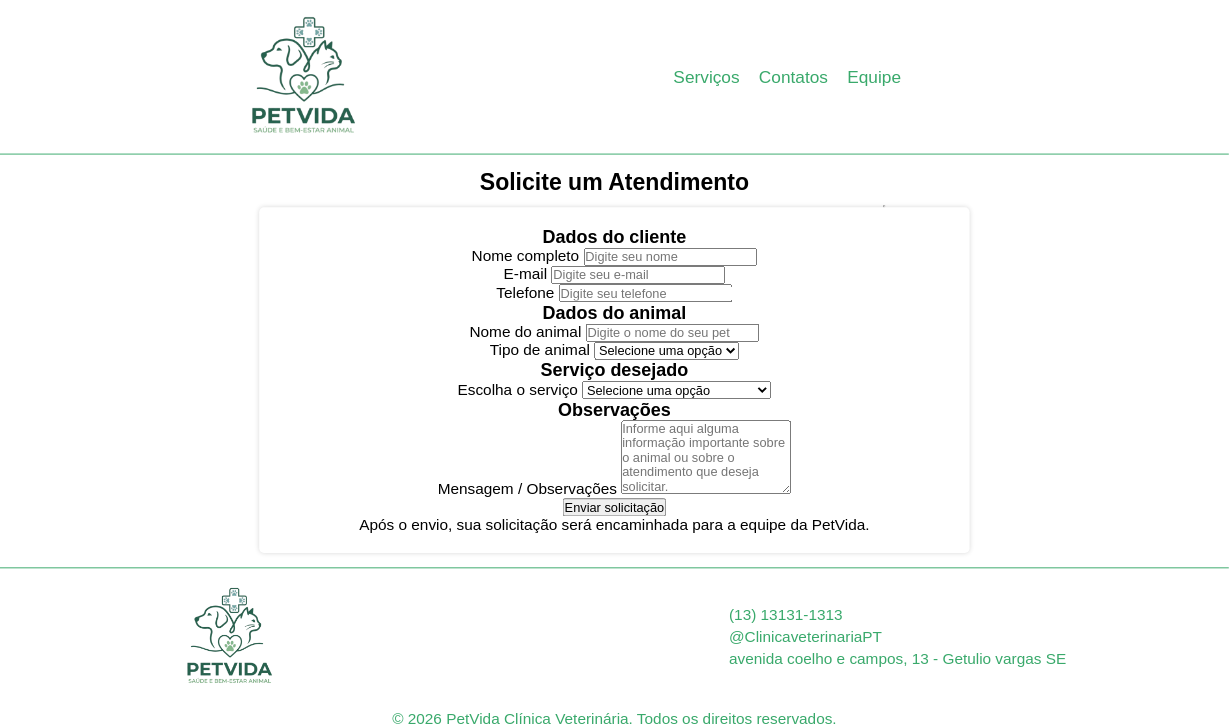
Repository: antonymsantana-design/Veterinario
Page: contatos.html
An editor plug-in stored every save of this project. The page is shown before and after a run of saves, followed by the edit.
The browser window is 1280 px wide. The pictures show the whole page, at 96% of full size.

Above is the page before, as saved 2026-10-03 19:07:51.

### contatos.html
<!doctype html>
<html lang="pt-br">
  <head>
    <meta charset="UTF-8" />
    <meta name="viewport" content="width=device-width, initial-scale=1.0" />
    <title>Cebola Hair</title>
    <link rel="stylesheet" href="style.css" />
    <script src="script3.js" defer></script>
  </head>
  <header>
    <div class="conteudoH" id="conteudoH">
      <div class="imagem" id="imagem">
        <img src="image/logo.png" alt="logo" class="logoIMG" id="logoIMG" />
      </div>
      <div class="direitaH">
        <div class="links" id="links">
          <a href="serviços.html" class="aLinks" id="servA">Serviços</a>
          <a href="CONTATOS.HTML" class="aLinks" id="contatosA">Contatos</a>
          <a href="Team.html" class="aLinks" id="contatosA">Equipe</a>
        </div>
      </div>
    </div>
  </header>

  <body>
    <h2 class="Our" id="servicosT">Solicite um Atendimento</h2>
    <hr />

    <div class="context">
    <form
      action="https://formsubmit.co/antony.m.santana@aluno.senai.br"
      method="POST"
    >

      <h3>Dados do cliente</h3>

      <div class="campo">
        <label for="nome">Nome completo</label>
        <input
          type="text"
          name="nome"
          id="nome"
          placeholder="Digite seu nome"
          required
        />
      </div>

      <div class="campo">
        <label for="email">E-mail</label>
        <input
          type="email"
          name="email"
          id="email"
          placeholder="Digite seu e-mail"
          required
        />
      </div>

      <div class="campo">
        <label for="telefone">Telefone</label>
        <input
          type="tel"
          name="telefone"
          id="telefone"
          placeholder="Digite seu telefone"
          required
        />
      </div>

      <h3>Dados do animal</h3>

      <div class="campo">
        <label for="animal">Nome do animal</label>
        <input
          type="text"
          name="animal"
          id="animal"
          placeholder="Digite o nome do seu pet"
          required
        />
      </div>

      <div class="campo">
        <label for="tipo">Tipo de animal</label>

        <select name="tipo_animal" id="tipo" required>
          <option value="">Selecione uma opção</option>
          <option value="Cachorro">Cachorro</option>
          <option value="Gato">Gato</option>
          <option value="Outro">Outro</option>
        </select>
      </div>

      <h3>Serviço desejado</h3>

      <div class="campo">
        <label for="servico">Escolha o serviço</label>

        <select name="servico" id="servico" required>
          <option value="">Selecione uma opção</option>
          <option value="Consulta veterinária">Consulta veterinária</option>
          <option value="Vacinação">Vacinação</option>
          <option value="Banho e tosa">Banho e tosa</option>
          <option value="Exames laboratoriais">Exames laboratoriais</option>
          <option value="Atendimento de emergência">
            Atendimento de emergência
          </option>
          <option value="Acompanhamento veterinário">
            Acompanhamento veterinário
          </option>
        </select>
      </div>

      <h3>Observações</h3>

      <div class="campo">
        <label for="mensagem">Mensagem / Observações</label>

        <textarea
          name="mensagem"
          id="mensagem"
          rows="5"
          placeholder="Informe aqui alguma informação importante sobre o animal ou sobre o atendimento que deseja solicitar."
        ></textarea>
      </div>

      <input
        type="hidden"
        name="_next"
        value="http://127.0.0.1:5500/sucsses.html"
      />

      <button type="submit" class="buto">Enviar solicitação</button>

      <p class="texto-form">
        Após o envio, sua solicitação será encaminhada para a equipe da PetVida.
      </p>
    </form>
    </div>
  </body>
  <footer id="footer">
    <div class="cimaF">
      <div class="direita">
        <img src="image/logo.png" alt="logo" class="logoIMGF" id="logoIMG" />
      </div>

      <div class="esquerda">
        <p>(13) 13131-1313</p>
        <p>@ClinicaveterinariaPT</p>
        <p>avenida coelho e campos, 13 - Getulio vargas SE</p>
      </div>
    </div>
    <div class="baixoF">
      <p>© 2026 PetVida Clínica Veterinária. Todos os direitos reservados.</p>
    </div>
  </footer>
</html>

### style.css
* {
  padding: 0px;
  margin: 0px;
  font-family: Arial, Helvetica, sans-serif;
}

header {
  background-color: #ffffff;
  height: 160px;
  display: flex;
  justify-content: center;
  align-items: center;
  border-bottom: 1px solid #39a96b;
}

.conteudoH {
  display: flex;
  justify-content: center;
  align-items: center;
  gap: 300px;
}

.imagem {
  margin-left: 20px;
  margin-top: 5px;
  display: flex;
  justify-content: center;
  align-items: center;
  gap: 30px;
  font-weight: 600;
  font-size: 22px;
}

.logoIMG {
  width: 170px;
  margin-bottom: 10px;
  cursor: pointer;
}

.logoH {
  color: white;
}

.links {
  display: flex;
  gap: 20px;
  justify-content: center;
  padding-right: 130px;
  font-size: 18px;
}

.links a {
  text-decoration: none;
  color: #39a96b;
  transition: 0.5s ease;
}

.aLinks:hover {
  transform: translateY(-5px);
  box-shadow: 0 4px 10px rgba(0, 0, 0, 0.15);
  background-color: #39a96b;
  color: #f5f5f5;
  border-radius: 5px;
  width: 120px;
  height: 30px;
  display: flex;
  justify-content: center;
  align-items: center;
}

.btnDiv {
  display: flex;
}

.btn {
  display: flex;
  justify-content: center;
  width: 140px;
  height: 50px;
  background-color: #22c55e;
  border: none;
  color: white;
  align-items: center;
  border-radius: 8px;
  transition: 0.3s ease;
  cursor: pointer;
  font-size: 14px;
}

.btn:hover {
  transform: translateY(-5px);
  box-shadow: 0 8px 15px rgba(0, 0, 0, 0.4);
}

.direitaH {
  display: flex;
  justify-content: center;
  align-items: center;
}

.conteudo {
  background-image: url(image/Cuidando\ de\ Quem\ Amamos.png);
  background-repeat: no-repeat;
  background-size: cover;
  background-position: center;
  height: 80vh;
  color: white;
}

.card {
  background-color: #fdeec7;
  width: 270px;
  height: 220px;
  display: flex;
  flex-direction: column;
  justify-content: center;
  align-items: center;
  border-radius: 5px;
}

.cards {
  display: flex;
  justify-content: center;
  gap: 40px;
  padding-top: 20px;
  padding-bottom: 20px;
}

.card h4 {
  color: #22c55e;
}

.icone {
  width: 120px;
  height: 120px;
  padding-bottom: 10px;
}

.Our {
  padding-top: 15px;
  text-align: center;
  padding-bottom: 10px;
}

hr {
  color: #22c55e;
  text-align: center;
  margin-left: 920px;
  margin-right: 920px;
}

.agendar {
  display: flex;
  justify-content: space-around;
  align-items: center;
  padding-bottom: 20px;
}

.form {
  background-color: #ecf2f7;
  width: 600px;
  height: 300px;
  border-radius: 7px;
  display: flex;
  justify-content: center;
  flex-direction: column;
}

.formCima {
  padding-top: 20px;
  display: flex;
  justify-content: center;
  align-items: center;
  flex-direction: column;
}

.quadrado {
  display: grid;
  justify-content: center;
  grid-template-columns: repeat(2, 200px);
  gap: 30px;
  column-gap: 70px;
  margin-right: 40px;
}

.esq {
  font-size: 25px;
}

footer {
  display: flex;
  justify-content: center;
  align-items: center;
  flex-direction: column;
  background-color: #ffffff;
  color: #39a96b;
  border-top: 1px solid #39a96b;
}

.AbH2 {
  padding-left: 20px;
  padding-right: 20px;
  padding-bottom: 10px;
  padding-top: 10px;
  text-align: center;
}

.AbH3 {
  padding-left: 20px;
  padding-right: 20px;
  padding-bottom: 10px;
  padding-top: 10px;
  text-align: center;
  margin-left: 425px;
  margin-right: 425px;
}

.topc {
  display: flex;
  justify-content: center;
  align-items: center;
  flex-direction: column;
  text-align: center;
  max-width: 350px;
}

.topics {
  display: flex;
  justify-content: center;
  gap: 100px;
  padding-bottom: 25px;
}

.topcIMG {
  width: 290px;
  height: 260px;
  border-radius: 25px;
  cursor: pointer;
  padding-bottom: 10px;
  padding-top: 10px;
}

.topcH {
  padding-bottom: 10px;
}

.cimaF {
  display: flex;
  justify-content: center;
  gap: 450px;
  align-items: center;
  margin-bottom: 4px;
}

.logoIMGF {
  width: 140px;
  cursor: pointer;
}

.esquerda {
  display: flex;
  flex-direction: column;
  gap: 5px;
}

.formu {
  width: 240px;
  height: 30px;
  border-radius: 5px;
  border: none;
}

.forms {
  width: 500px;
  height: 30px;
  border-radius: 5px;
  border: none;
}

.agendarbtn {
  display: flex;
  justify-content: center;
  align-items: center;
  width: 512px;
  height: 40px;
  background-color: #22c55e;
  border: none;
  color: white;
  border-radius: 8px;
  transition: 0.3s ease;
  cursor: pointer;
  margin-top: 15px;
}

.agendarbtn:hover {
  transform: translateY(-5px);
}

.btnAgendar {
  display: flex;
  justify-content: center;
  align-items: center;
}

/*pagina de serviços*/

.primeiro {
  background-color: #f0f9f4;
  width: 300px;
  padding-bottom: 13px;
  margin-left: 20px;
  text-align: center;
  padding-top: 13px;
  flex-wrap: wrap;
  border-radius: 15px;
}

.cards {
  display: grid;
  justify-content: center;
  grid-template-columns: repeat(3, 400px);
  gap: 50px;
  padding-bottom: 15px;
}
.cards .primeiro img {
  width: 250px;
  height: 250px;
  border-radius: 15px;
}
h1 {
  text-align: center;
  margin-top: 20px;
  margin-bottom: 20px;
}
.texto {
  color: #3c2415;
}
.preco {
  color: #e4c8a4;
}

form {
  display: flex;
  flex-direction: column;
  align-items: center;
  justify-content: center;
  box-shadow: 0px 0px 5px rgba(0, 0, 0, 0.16);
  padding: 20px;
  width: 700px;
  margin: 0 auto;
  border-radius: 5px;
  margin-bottom: 15px;
}

.campo

/* celular */

@media (max-width: 768px) {
  /* header */
  header {
    height: auto;
    padding: 10px 0;
  }

  .conteudoH {
    flex-direction: column;
    padding-right: 0;
    gap: 15px;
  }

  .imagem {
    margin-left: 0;
    margin-top: 0;
    gap: 10px;
  }

  .logoIMG {
    width: 80px;
    height: 80px;
  }

  .logoH {
    font-size: 20px;
  }

  .direitaH {
    flex-direction: column;
    gap: 15px;
  }

  .links {
    padding-right: 0;
    font-size: 16px;
  }

  .conteudo {
    height: 400px;
  }

  .texto {
    padding-left: 25px;
    padding-right: 25px;
    height: 400px;
    font-size: 25px;
  }

  .texto small {
    font-size: 14px;
  }

  .Our {
    font-size: 25px;
  }

  hr {
    margin-left: 30%;
    margin-right: 30%;
  }

  .cards {
    flex-direction: column;
    align-items: center;
    gap: 20px;
  }

  .card {
    width: 80%;
    max-width: 270px;
  }

  .agendar {
    flex-direction: column;
    gap: 30px;
    padding: 30px 20px;
  }

  .esq {
    font-size: 18px;
    text-align: center;
  }

  .esq h1 {
    font-size: 28px;
  }

  .esq p {
    font-size: 15px;
  }

  .form {
    width: 100%;
    max-width: 600px;
    height: auto;
    padding: 20px 0;
  }

  .forms {
    width: 80%;
  }

  .quadrado {
    grid-template-columns: 1fr;
    gap: 15px;
    margin-right: 0;
  }

  .formu {
    width: 80%;
  }

  .quadrado > div {
    width: 100%;
    text-align: center;
  }

  .quadrado label {
    display: block;
    margin-bottom: 5px;
  }

  .agendarbtn {
    width: 80%;
  }

  footer {
    flex-direction: column;
    gap: 20px;
    padding: 20px;
    text-align: center;
  }

  .esquerda {
    align-items: center;
  }
}

Loaded but not shown: script3.js (no stored copy; drawn as an empty file)

After the next 2 saves:
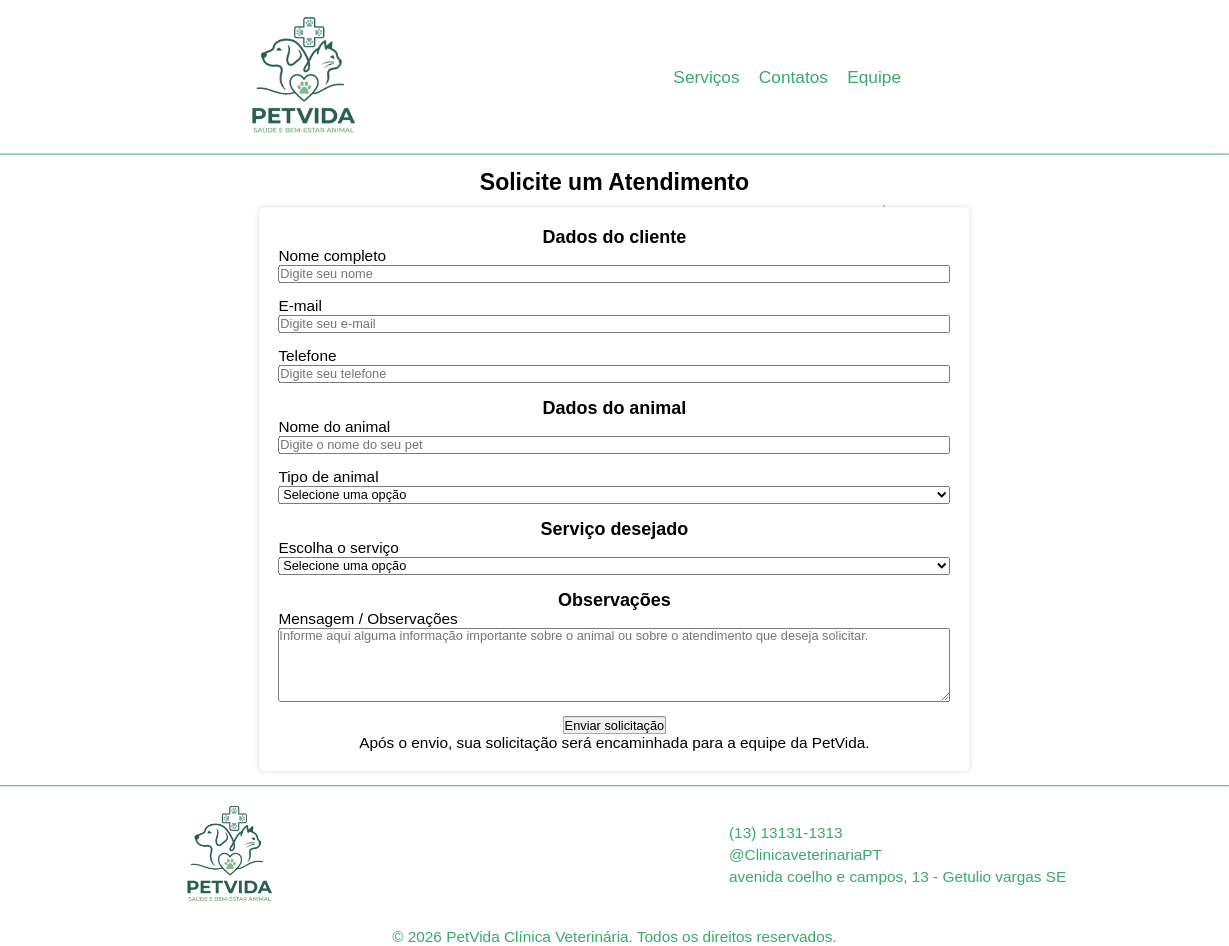
The 2 saves are shown as one change because they came seconds apart.
The last was saved 8 s later.
--- a/style.css
+++ b/style.css
@@ -352,7 +352,12 @@ form {
   margin-bottom: 15px;
 }
 
-.campo
+.campo{
+    display: flex;
+    flex-direction: column;
+    margin-bottom: 15px;
+    width: 100%;
+}
 
 /* celular */
 
